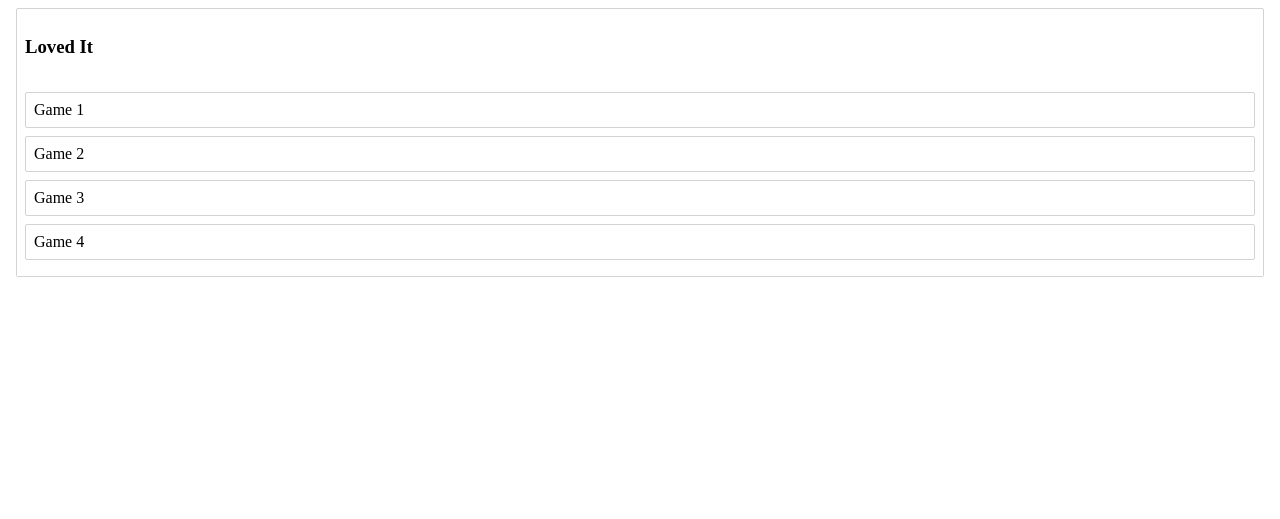
Repository: akiachenise/akiachenise.github.io
Page: / (app in JackboxGames_TierList_vanilla/tier-ranking/tier-list-app/)
These files come from the project's save history. The page is drawn as it stood at one moment and after a run of saves; the edit follows.
The browser window is 1280 px wide. The pictures show the whole page.
The project was rebuilt for these pictures with package versions that can differ from the ones it lists, and the page was loaded fresh each time.

Above is the page before, as saved 2022-11-29 18:32:47.

### JackboxGames_TierList_vanilla/tier-ranking/tier-list-app/src/index.js
import React from 'react';
import ReactDOM from 'react-dom';
import '@atlaskit/css-reset';
import { DragDropContext } from 'react-beautiful-dnd';
import Column from './column'
import initialData from './initial-data';

class App extends React.Component {
  state = initialData

  onDragEnd = result => {
    const {destination, source, draggableId } = result;

    if(!destination) {
      return;
    }

    if (destination.droppableId === source.droppableId && destination.index === source.index) {
      return;
    }

    const column = this.state.columns[source.droppableId];
    const newTaskIds = Array.from(column.taskIds);
    newTaskIds.splice(source.index, 1);
    newTaskIds.splice(destination.index, 0, draggableId);

    const newColumn = {
      ...column,
      taskIds: newTaskIds,
    };

    const newState = {
      ...this.state,
      columns: {
        ...this.state.columns,
        [newColumn.id]: newColumn,
      },
    };

    this.setState(newState);
  }
  render() {
    return (

    <DragDropContext onDragEnd={this.onDragEnd}>
    {this.state.columnOrder.map((columnId) => {
      const column = this.state.columns[columnId];
      const tasks = column.taskIds.map(taskId => this.state.tasks[taskId]);

      return <Column key={column.id} column={column} tasks={tasks} />;
    })}
    </DragDropContext>
    );
  }
}

ReactDOM.render(<App />, document.getElementById('root'));

### JackboxGames_TierList_vanilla/tier-ranking/tier-list-app/src/column.js
import React from 'react';
import styled from 'styled-components';
import { Droppable } from 'react-beautiful-dnd';
import Task from './task';

const Container = styled.div`
  margin: 8px;
  border: 1px solid lightgrey;
  border-radius: 2px;
`;
const Title = styled.h3`
  padding: 8px;
`;
const TaskList = styled.div`
  padding: 8px;
  background-color: ${props => (props.isDraggingOver ? 'skyblue' : 'white')};
`;

export default class Column extends React.Component {
  render() {
    return (
      <Container>
        <Title>{this.props.column.title}</Title>
        <Droppable droppableId={this.props.column.id}>
          {(provided, snapshot) =>
            <TaskList
              ref={provided.innerRef}
              {...provided.droppableProps}
              isDraggingOver={snapshot.isDraggingOver}
            >
              {this.props.tasks.map((task, index) => (
                <Task key={task.id} task={task} index={index} />
              ))}
              {provided.placeholder}
            </TaskList>
          }
        </Droppable>
      </Container>
    );
  }
}

### JackboxGames_TierList_vanilla/tier-ranking/tier-list-app/src/initial-data.js
const initialData = {
    tasks: {
      'task-1': { id: 'task-1', content: 'Game 1' },
      'task-2': { id: 'task-2', content: 'Game 2' },
      'task-3': { id: 'task-3', content: 'Game 3' },
      'task-4': { id: 'task-4', content: 'Game 4' },
    },
    columns: {
      'column-1': {
        id: 'column-1',
        title: 'Loved It',
        taskIds: ['task-1', 'task-2', 'task-3', 'task-4'],
      }
    },
    // Facilitate reordering of the columns
    columnOrder: [ 'column-1']
  };

  export default initialData;

### JackboxGames_TierList_vanilla/tier-ranking/tier-list-app/src/task.jsx
import React from 'react';
import styled from 'styled-components';
import { Draggable } from 'react-beautiful-dnd';

const Container = styled.div`
  border: 1px solid lightgrey;
  border-radius: 2px;
  padding: 8px;
  margin-bottom: 8px;
  background-color: ${props => (props.isDragging ? 'lightGreen' : 'white')};
`;

export default class Task extends React.Component {
  render() {
    return (
    <Draggable draggableId={this.props.task.id} index={this.props.index}>
      {(provided, snapshot) => (
        <Container
          {...provided.draggableProps}
          {...provided.dragHandleProps}
          ref={provided.innerRef}
          isDragging={snapshot.isDragging}
        >
          {this.props.task.content}
        </Container>
      )}
    </Draggable>
    );
  }
}

Loaded but not shown: JackboxGames_TierList_vanilla/tier-ranking/tier-list-app/public/index.html (common file)

After the next 2 saves:
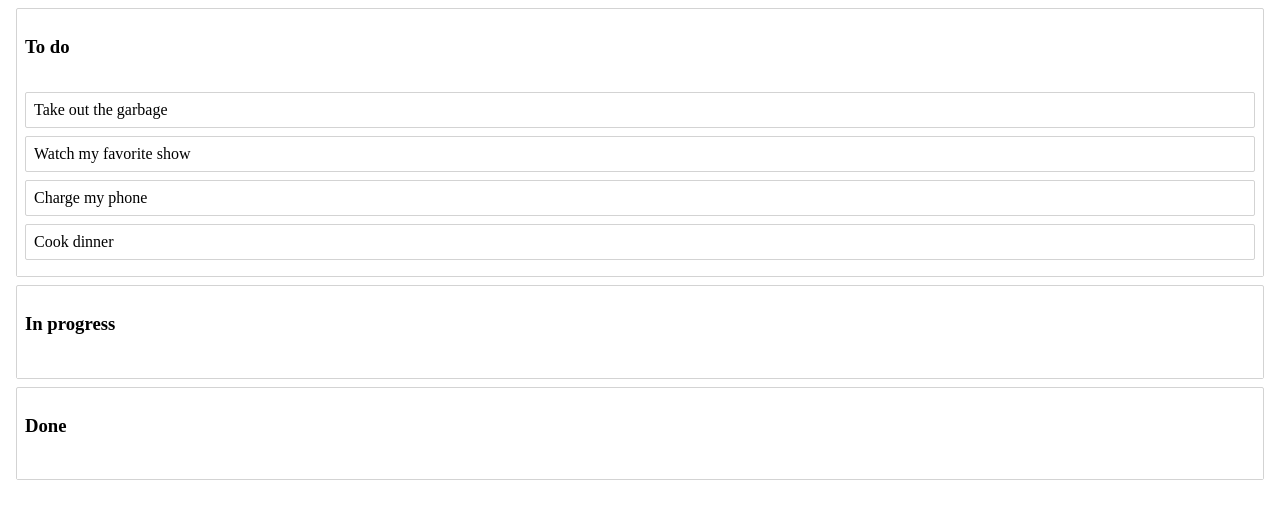
The 2 saves are shown as one change because 1 did not build or start.
The last was saved 48 min 24 s later.
--- a/JackboxGames_TierList_vanilla/tier-ranking/tier-list-app/src/initial-data.js
+++ b/JackboxGames_TierList_vanilla/tier-ranking/tier-list-app/src/initial-data.js
@@ -1,19 +1,29 @@
 const initialData = {
     tasks: {
-      'task-1': { id: 'task-1', content: 'Game 1' },
-      'task-2': { id: 'task-2', content: 'Game 2' },
-      'task-3': { id: 'task-3', content: 'Game 3' },
-      'task-4': { id: 'task-4', content: 'Game 4' },
+      'task-1': { id: 'task-1', content: 'Take out the garbage' },
+      'task-2': { id: 'task-2', content: 'Watch my favorite show' },
+      'task-3': { id: 'task-3', content: 'Charge my phone' },
+      'task-4': { id: 'task-4', content: 'Cook dinner' },
     },
     columns: {
       'column-1': {
         id: 'column-1',
-        title: 'Loved It',
+        title: 'To do',
         taskIds: ['task-1', 'task-2', 'task-3', 'task-4'],
+      },
+      'column-2': {
+        id: 'column-2',
+        title: 'In progress',
+        taskIds: [],
+      },
+      'column-3': {
+        id: 'column-3',
+        title: 'Done',
+        taskIds: [],
       }
     },
     // Facilitate reordering of the columns
-    columnOrder: [ 'column-1']
+    columnOrder: [ 'column-1', 'column-2', 'column-3']
   };
 
   export default initialData;
